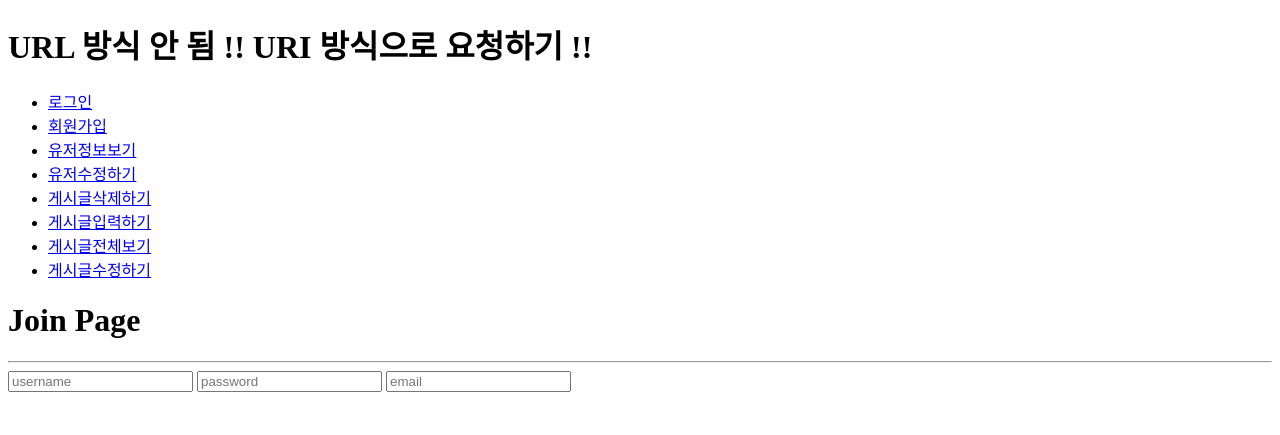
Repository: iron-ee/JSP
Page: http://localhost/hello/auth/join.jsp
An editor plug-in stored every save of this project. The page is shown before and after the next save, followed by the edit.
The browser window is 1280 px wide. The pictures show the whole page.
The page is served by Tomcat 9.

Above is the page before, as saved 2020-12-22 00:42:59.

After the next save:
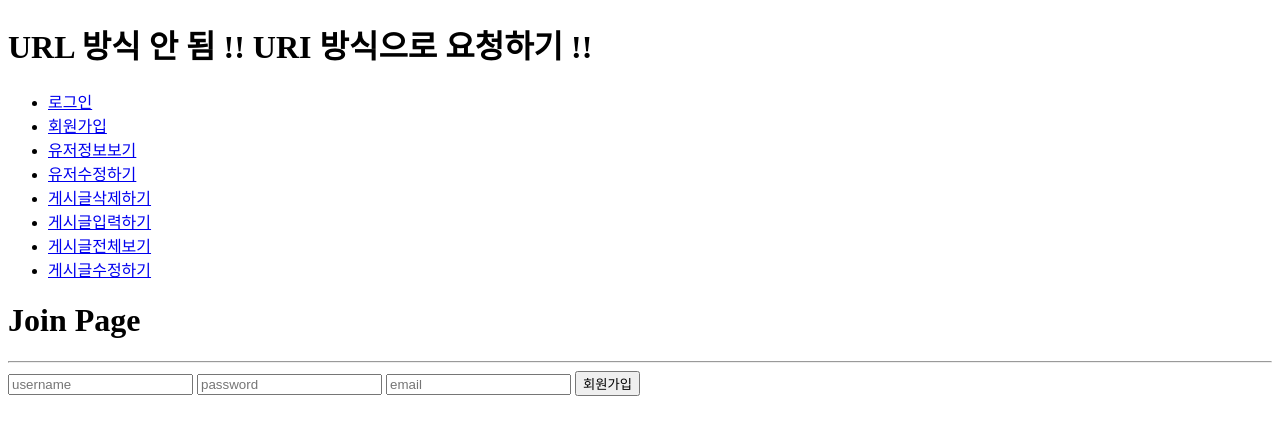
Saved 4 min 35 s later.
--- a/hello/WebContent/auth/join.jsp
+++ b/hello/WebContent/auth/join.jsp
@@ -3,10 +3,11 @@
 <%@ include file = "../layout/header.jsp" %>
 <h1>Join Page</h1>
 <hr/>
-<form>
+<form action = "/hello/user?gubun=login" method = "post">
 	<input type = "text" name = "username" placeholder = "username" />
 	<input type = "password" name = "password" placeholder = "password" />
 	<input type = "email" name = "email" placeholder = "email" />
+	<button>회원가입</button>
 </form>
 
 </body>
